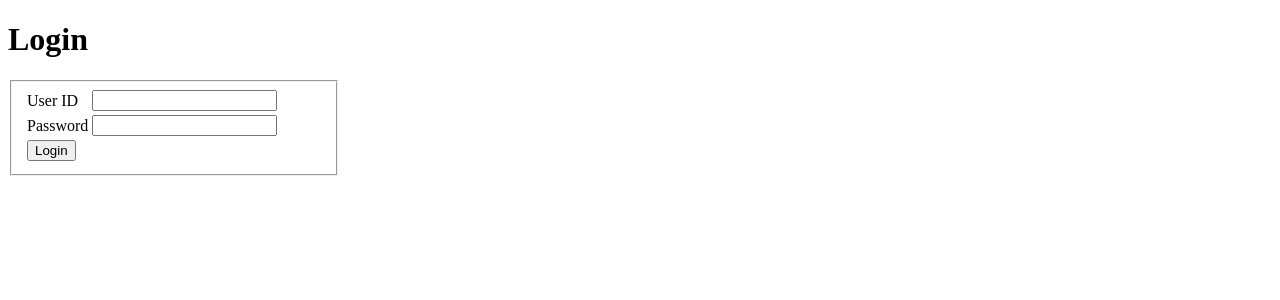
Repository: TeodorZlatev/Homework
Page: http://localhost/Web/
An editor plug-in stored every save of this project. The page is shown before and after the next save, followed by the edit.
The browser window is 1280 px wide. The pictures show the whole page.
The page is served by Tomcat 9. Other server files are loaded and not shown.

Above is the page before, as saved 2016-04-22 23:07:48.

### HomeworkWeb/Web/WebContent/index.jsp
<%@ page language="java" contentType="text/html; charset=ISO-8859-1"
	pageEncoding="ISO-8859-1"%>
<!DOCTYPE html PUBLIC "-//W3C//DTD HTML 4.01 Transitional//EN" "http://www.w3.org/TR/html4/loose.dtd">
<html>
<meta http-equiv="content-type"
	content="text/html; charset=windows-1251" />
	<title>Forum</title>
<body>
	<p>
	<h1>Login</h1>
	</p>
	 <form action="Login" method="post">
        <fieldset style="width: 300px">

            <table>
                <tr>
                    <td>User ID</td>
                    <td><input type="text" name="username"  /></td>
                </tr>
                <tr>
                    <td>Password</td>
                    <td><input type="password" name="userpass" /></td>
                </tr>
                <tr>
                    <td><input type="submit" value="Login" /></td>
                </tr>
            </table>
        </fieldset>
    </form>
</body>
</html>

After the next save:
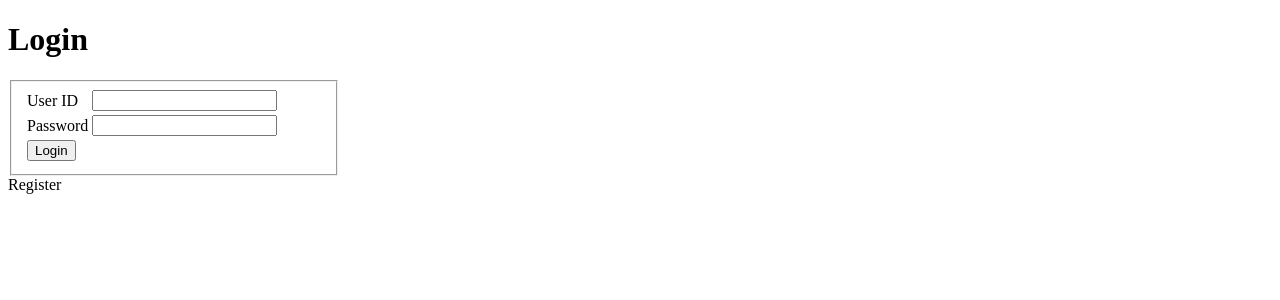
Saved 3 min 20 s later.
--- a/HomeworkWeb/Web/WebContent/index.jsp
+++ b/HomeworkWeb/Web/WebContent/index.jsp
@@ -11,7 +11,6 @@
 	</p>
 	 <form action="Login" method="post">
         <fieldset style="width: 300px">
-
             <table>
                 <tr>
                     <td>User ID</td>
@@ -26,6 +25,7 @@
                 </tr>
             </table>
         </fieldset>
+        <a ref="Register">Register</a>
     </form>
 </body>
 </html>
